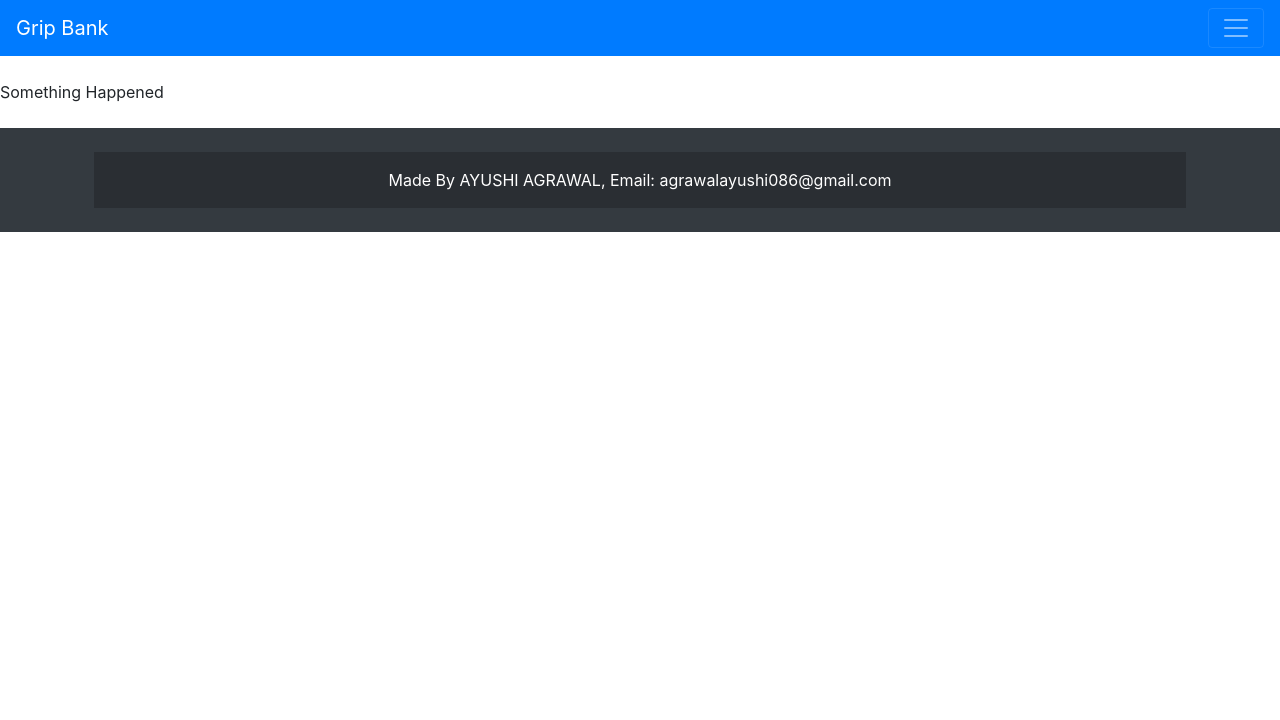
Repository: ayushiagrawal083/BasicBankingSystem
Page: http://localhost/Bank/viewprofile.jsp
An editor plug-in stored every save of this project. The page is shown before and after the next save, followed by the edit.
The browser window is 1280 px wide. The pictures show the whole page.
The page is served by Tomcat 9. Queries for data that is not in the repository find no rows.

Above is the page before, as saved 2022-10-21 11:00:24.
Console error: TypeError: Cannot read properties of undefined (reading 'fn')

After the next save:
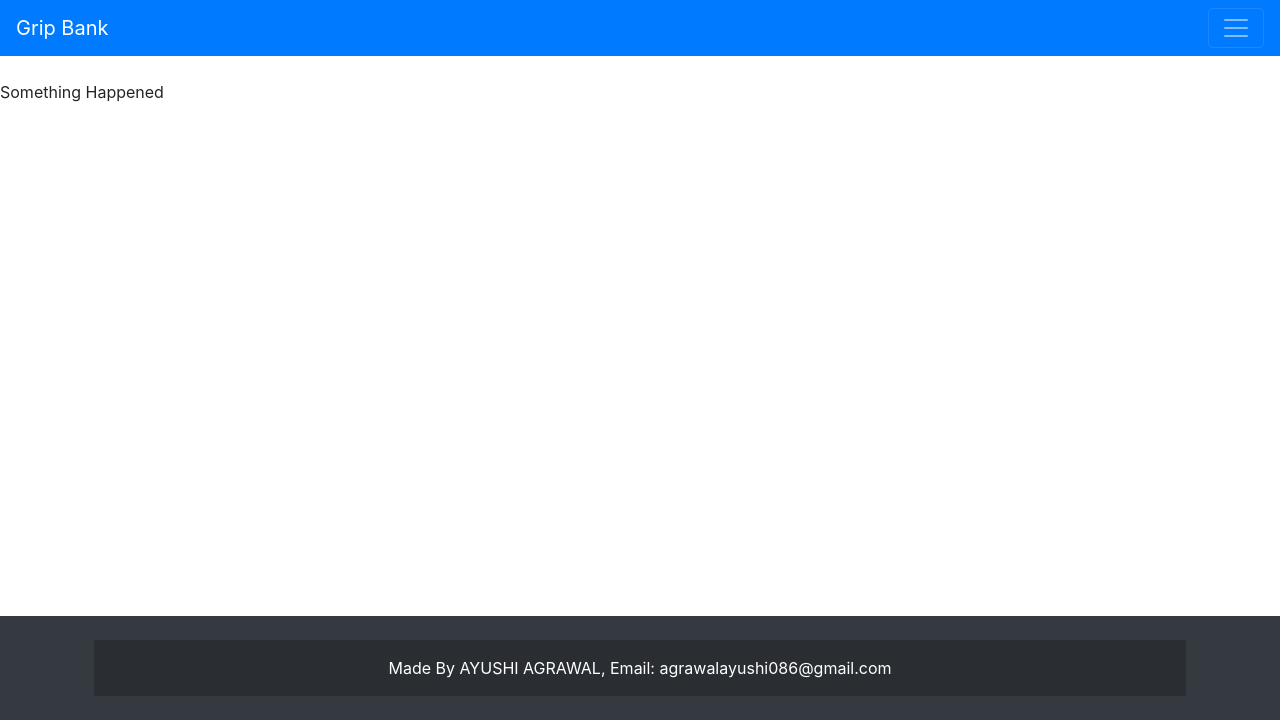
Saved 47 s later.
--- a/Bank/WebContent/viewprofile.jsp
+++ b/Bank/WebContent/viewprofile.jsp
@@ -3,6 +3,7 @@
 <head>
 	<meta http-equiv="Content-type" content="text/html" charset="utf-8"/>
 	<link rel="stylesheet" href="https://stackpath.bootstrapcdn.com/bootstrap/4.3.1/css/bootstrap.min.css" integrity="sha384-ggOyR0iXCbMQv3Xipma34MD+dH/1fQ784/j6cY/iJTQUOhcWr7x9JvoRxT2MZw1T" crossorigin="anonymous">
+<link rel="stylesheet"  href="style.css" type="text/css" media="screen"/>
 <script src="https://stackpath.bootstrapcdn.com/bootstrap/4.3.1/js/bootstrap.min.js" integrity="sha384-JjSmVgyd0p3pXB1rRibZUAYoIIy6OrQ6VrjIEaFf/nJGzIxFDsf4x0xIM+B07jRM" crossorigin="anonymous"></script>
 	<title>Welcome To Bank</title>
 </head>
@@ -105,7 +106,7 @@
 				}
 				con.close();
 				%><br /><br />
-				<footer class="bg-dark text-center text-white">
+				<footer class="bg-dark text-center text-white footer">
 
   <div class="container p-4 pb-0">
   <div class="text-center p-3" style="background-color: rgba(0, 0, 0, 0.2);"> Made By AYUSHI AGRAWAL,  Email: agrawalayushi086@gmail.com
